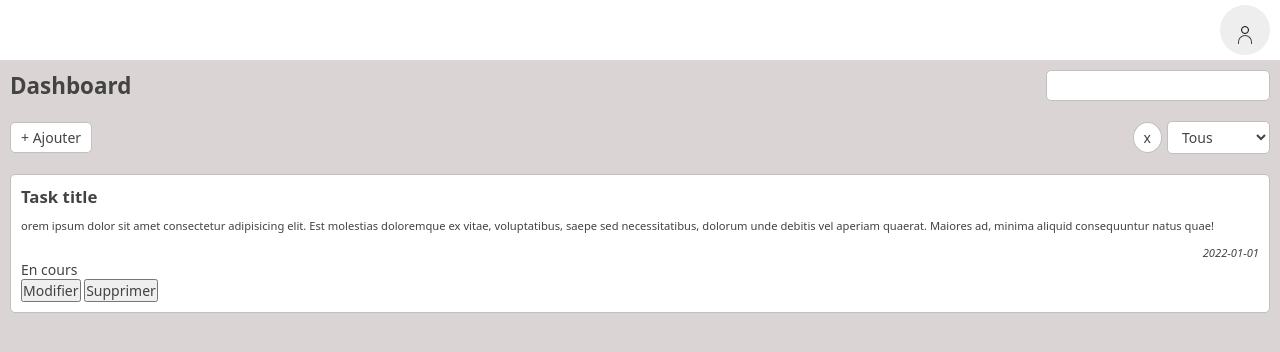
Repository: zpaulange/task_manager
Page: dashboard/index.html
An editor plug-in stored every save of this project. The page is shown before and after the next save, followed by the edit.
The browser window is 1280 px wide. The pictures show the whole page.

Above is the page before, as saved 2025-03-06 15:25:15.

After the next save:
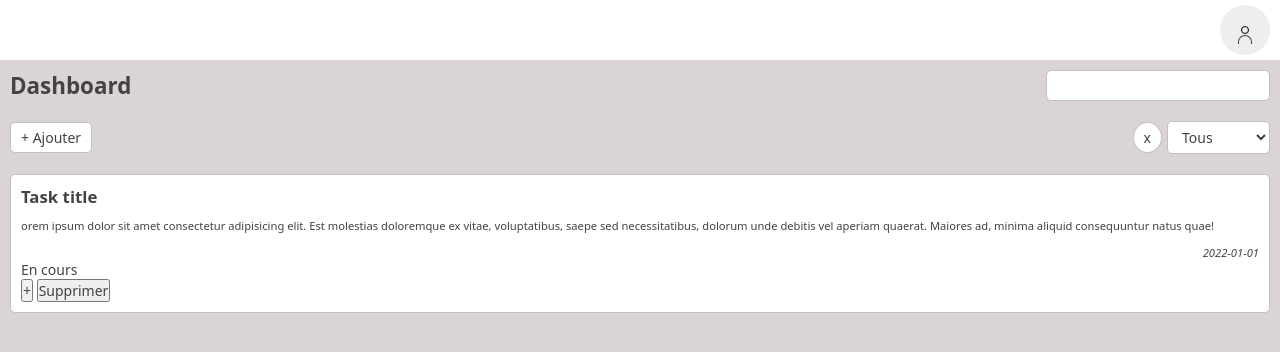
Saved 7 s later.
--- a/dashboard/index.html
+++ b/dashboard/index.html
@@ -50,7 +50,7 @@
                   En cours
                 </span>
                 <div>
-                  <button class="main-task__content-item__actions_btn">Modifier</button>
+                  <button class="main-task__content-item__actions_btn">+</button>
                   <button class="main-task__content-item__actions_btn">Supprimer</button>
                 </div>
             </div>
